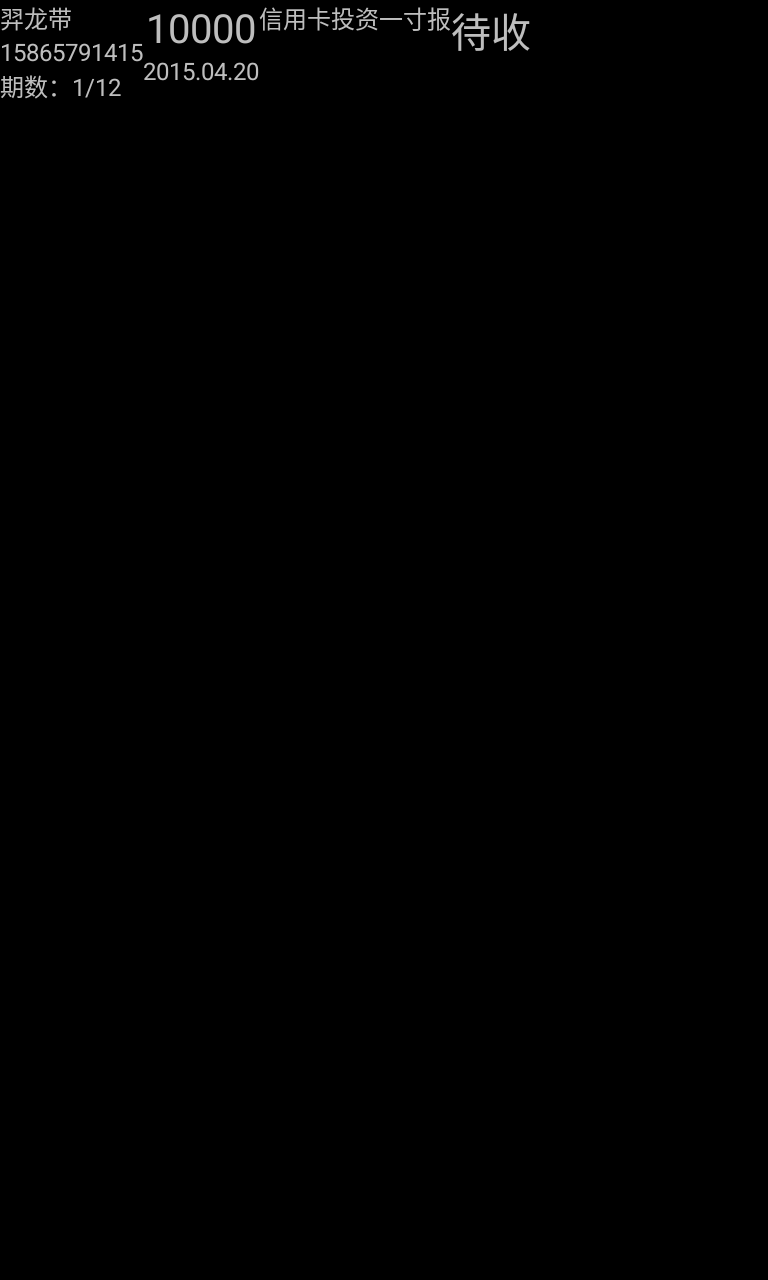
Repository: gongxinge/money-android
Layout: P2P/res/layout/billdetaillistitem.xml
These files come from the project's save history. The layout is drawn as it stood at one moment and after the next save; the edit follows.
It is drawn on a 768 x 1280 px phone screen (xhdpi) without system bars, with theme android:Theme; the app's code is not run.

Above is the layout before, as saved 2015-06-28 03:22:27.

After the next save:
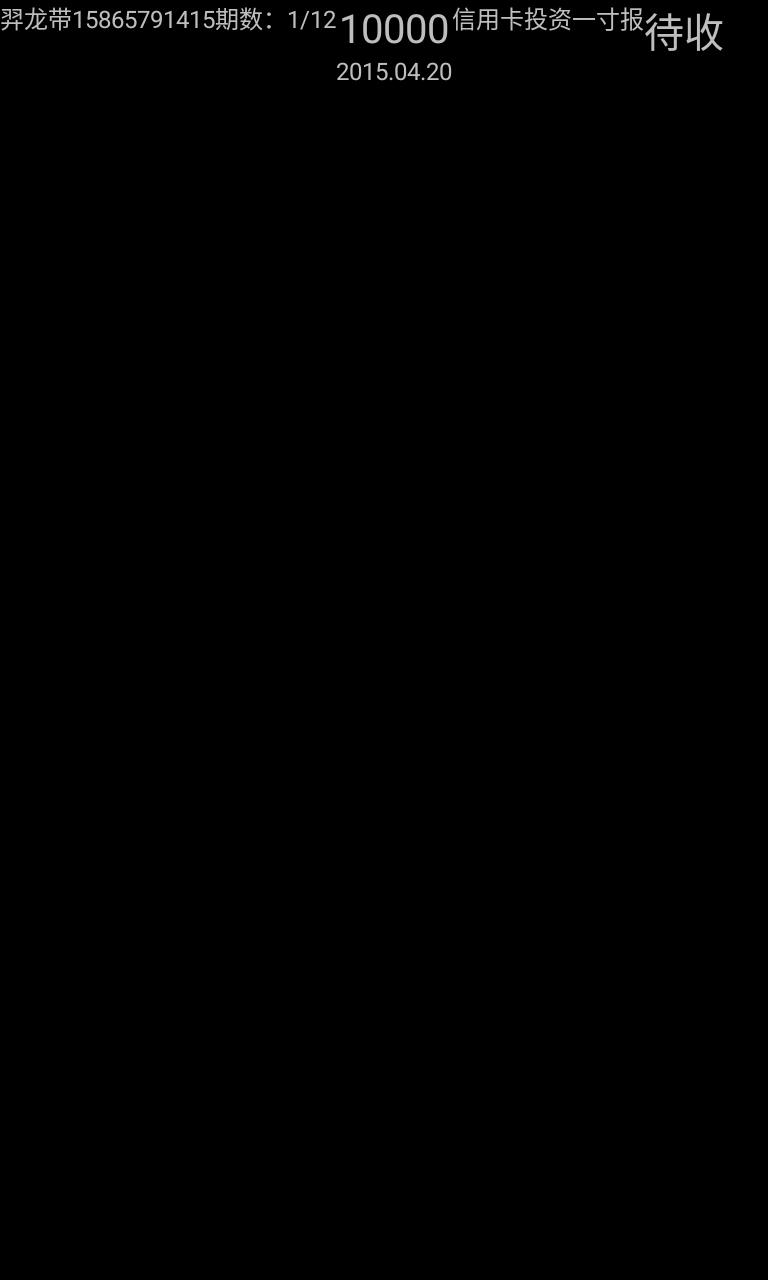
Saved 2 min 19 s later.
--- a/P2P/res/layout/billdetaillistitem.xml
+++ b/P2P/res/layout/billdetaillistitem.xml
@@ -14,7 +14,7 @@
         android:id="@+id/llCenter"
         android:layout_width="wrap_content"
         android:layout_height="wrap_content"
-        android:orientation="vertical">"
+        android:orientation="horizontal">"
 
         <TextView
             android:id="@+id/tvSiteName"
